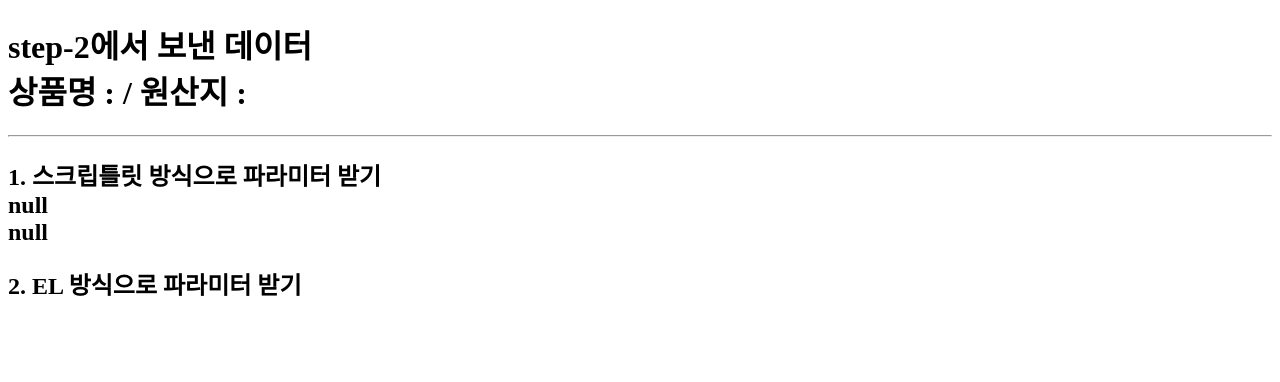
Repository: gajami-kim/240430_JSPJSTL_Study
Page: http://localhost/jstl_study/step-3.jsp
These files come from the project's save history. The page is drawn as it stood at one moment and after the next save; the edit follows.
The browser window is 1280 px wide. The pictures show the whole page.
The page is served by Tomcat 9. Other server files are loaded and not shown.

Above is the page before, as saved 2024-04-11 03:11:06.

### _jspl_workspace/jstl_study/src/main/webapp/step-3.jsp
<%@ page language="java" contentType="text/html; charset=UTF-8"
    pageEncoding="UTF-8"%>
<!DOCTYPE html>
<html>
<head>
<meta charset="UTF-8">
<title>Insert title here</title>
</head>
<body>
	<h1>step-2에서 보낸 데이터 <br>
	상품명 : ${param.name } / 원산지 : ${param.address }
	</h1>
	<hr>

	<h2>
		1. 스크립틀릿 방식으로 파라미터 받기 <br>

		<%= request.getParameter("name") %> <br>
		<%= request.getParameter("address") %>
	</h2>

	<h2>
		2. EL 방식으로 파라미터 받기
		${param.name } <br>
		${param.address }
	</h2>
</body>
</html>

After the next save:
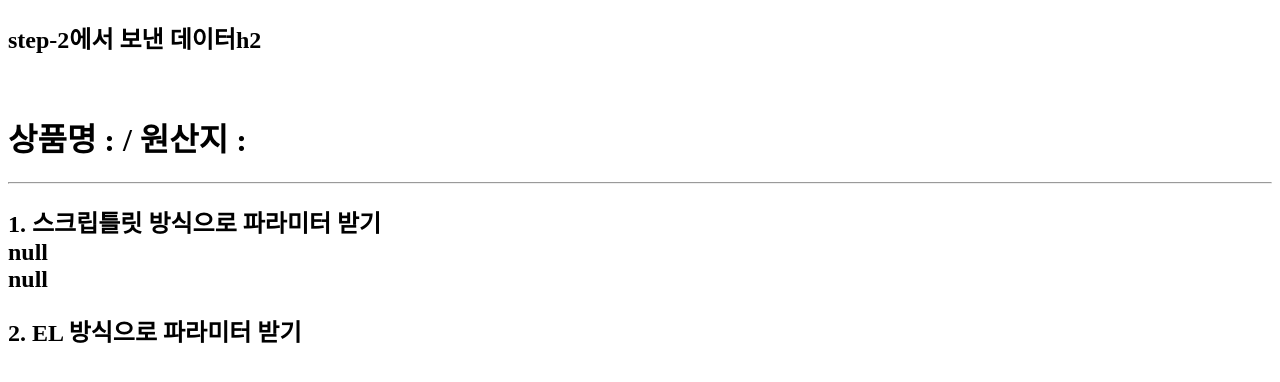
Saved 30 s later.
--- a/_jspl_workspace/jstl_study/src/main/webapp/step-3.jsp
+++ b/_jspl_workspace/jstl_study/src/main/webapp/step-3.jsp
@@ -7,9 +7,8 @@
 <title>Insert title here</title>
 </head>
 <body>
-	<h1>step-2에서 보낸 데이터 <br>
-	상품명 : ${param.name } / 원산지 : ${param.address }
-	</h1>
+	<h2>step-2에서 보낸 데이터h2</h2> <br>
+	<h1>상품명 : ${param.name } / 원산지 : ${param.address }</h1>
 	<hr>
 
 	<h2>
